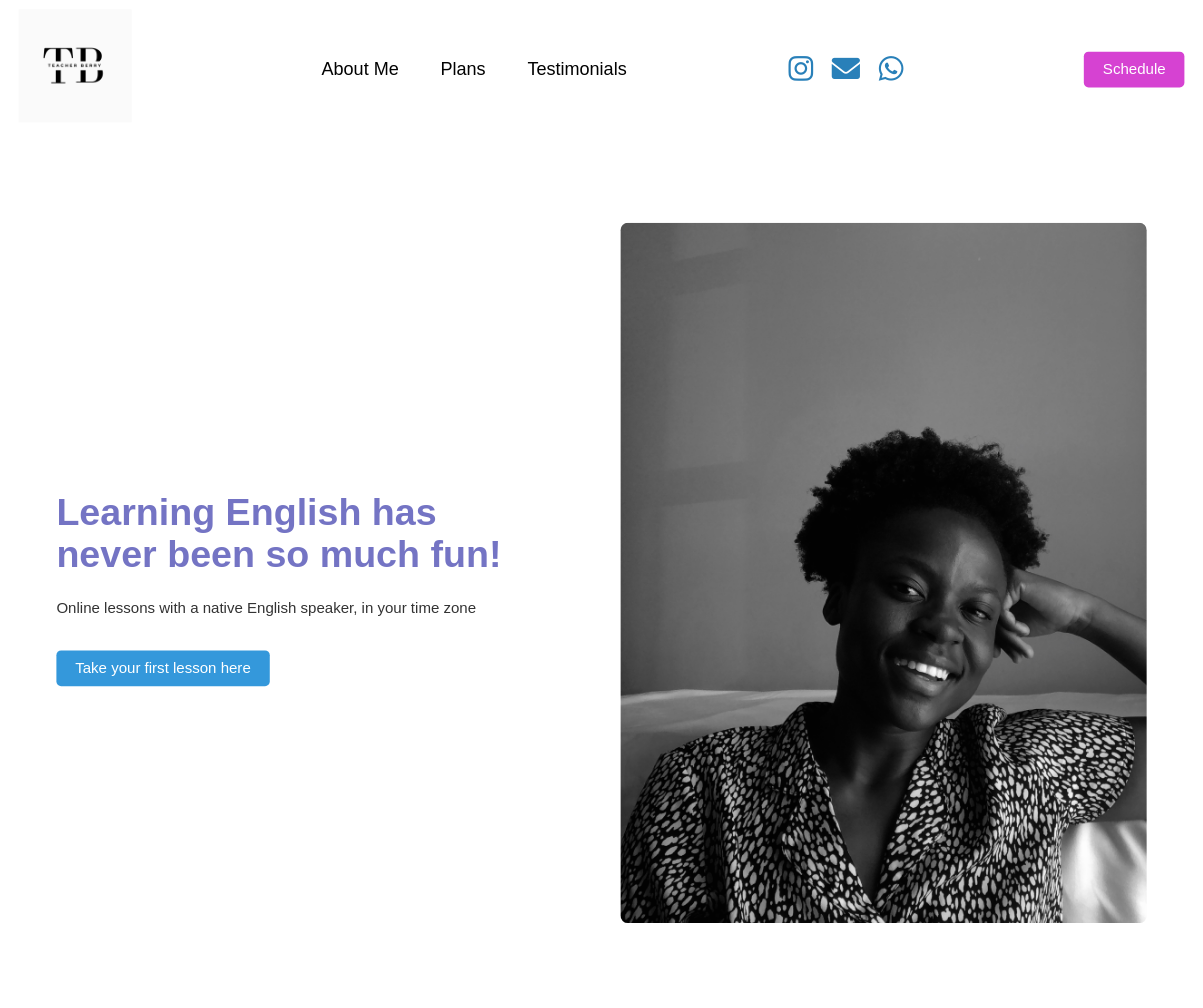
Repository: ntandomagana/esl-landing-page
Page: index.html
The author's editor kept a copy of each file at every save. The page is drawn from the files as they stood at one save, then again after the next save.
The browser window is 1280 px wide. The pictures show the whole page, at 94% of full size.

Above is the page before, as saved 2024-07-17 10:26:11.

### index.html
<!DOCTYPE html>
<html lang="en">
<head>
    <meta charset="UTF-8">
    <meta name="viewport" content="width=device-width, initial-scale=1.0">
    <link rel="stylesheet" href="https://cdnjs.cloudflare.com/ajax/libs/font-awesome/6.0.0-beta3/css/all.min.css">

    <title>Berry's English</title>
    <link rel="stylesheet" href="index.css">
</head>
<body>
    <!-- Header Section -->
    <header>
        <div class="header-container">
            <div class="logo">
                <img src="./assets/teacher Berry.png" alt="Teaacher Berry Logo">
            </div>
            <nav>
                <ul>
                    <li><a href="#about">About Me</a></li>
                    <li><a href="#services">Plans</a></li>
                    <li><a href="#testimonials">Testimonials</a></li>

                </ul>
            </nav>
            <div class="social-links">
                <a href="#" class="social-link"><i class="fab fa-instagram"></i></a>
                <a href="mailto:berry@example.com" class="social-link"><i class="fas fa-envelope"></i></a>
                <a href="https://wa.me/1234567890" class="social-link"><i class="fab fa-whatsapp"></i></a>
            </div>
            <a href="#contact" class="schedule-button">Schedule</a>
        </div>
    </header>

    <!-- Left and right division -->
     <section class="content-section">
        <div class="content-wrapper">
            <div class="left-content">
                <h2>Learning English has <br />
                    never been so much fun!</h2>
                <p>Online lessons with a native English speaker, in your time zone</p>
                <a href="#contact" class="action-button">Take your first lesson here</a>
            </div>

            <div class="right-content">
                <img src="./assets/bwpp.jpg" alt="Teacher Berry's Image">

            </div>
        </div>

     </section>
    </footer>
</body>
</html>

### index.css
/* styles.css */

body {
    font-family: Arial, Helvetica, sans-serif;
    margin: 0;
    padding: 0;
}

.header-container {
    display: flex;
    justify-content: space-between;
    align-items: center;
    padding: 10px 20px;
    background-color: white;

}

.logo {
    font-size: 1.8rem;
    font-weight: bold;
    text-transform: uppercase;
    color: black;
}

.logo img {
    height: 120px;
}

nav {
    margin-left: 20px; /* Add margin to the left of the entire nav element */
}

nav ul {
    list-style-type: none;
    padding: 0;
    margin: 0;
}

nav ul li {
    display: inline;
    margin: 20px; /* Adjust margin to add space between list items */
}

nav ul li:last-child {
    margin-right: 0;
}

nav ul li a {
    color: rgb(2, 2, 2);
    text-decoration: none;
    font-size: 1.2rem;
}

nav ul li a:hover {
    color: #d642d2;
    font-weight: bold;
}

.social-links {
    display: flex;
    align-items: center;
    margin-right: 20px;
}

.social-link {
    margin: 0 10px;
    display: inline-block;
    color: black;
    font-size: 30px;
}

.social-link i {
    color:#2980b9;
}

.social-link:hover i {
    color: #d642d2;
}

.schedule-button {
    padding: 10px 20px;
    background-color: #d642d2;
    color: #fff;
    text-decoration: none;
    border-radius: 5px;
    transition: background-color 0.3s ease;
}

.schedule-button:hover {
    background-color: #489fbc;
}

.content-section {
    padding: 50px 0;
    text-align: center;
}

.content-wrapper {
    display: flex;
    justify-content: space-around;
    align-items: stretch;
    max-width: 1200px;
    margin: 20px auto;
}

.left-content {
    flex: 1;
    padding: 20px;
    text-align: left;
    display: flex;
    flex-direction: column;
    justify-content: center;
    align-items: flex-start;
}


.left-content h2 {
    font-size: 2.5rem;
    color: rgb(116, 116, 196);
    margin-bottom: 10px;
    width: 100%;
}

.left-content p {
    font-size: 1rem;
    color: #333;
    width: 100%;
}

.right-content {
    flex: 1;
    padding: 20px;
    text-align: center;
    display: flex;
    justify-content: center;
    align-items: center;
}

.right-content img {
    max-width: 100%;
    height: auto;
    max-height: 800px; /* Example maximum height, adjust as needed */
    border-radius: 8px;
    /* Optional: Adds a subtle shadow */
}

.action-button {
    display: inline-block;
    padding: 10px 20px;
    background-color: #3498db;
    color: #fff;
    text-decoration: none;
    border-radius: 5px;
    transition: background-color 0.3s ease;
    margin-top: 20px; /* Add space above the button */
    position: relative;
     z-index: 1;
}

.action-button:hover {
    background-color: #2980b9;
}

After the next save:
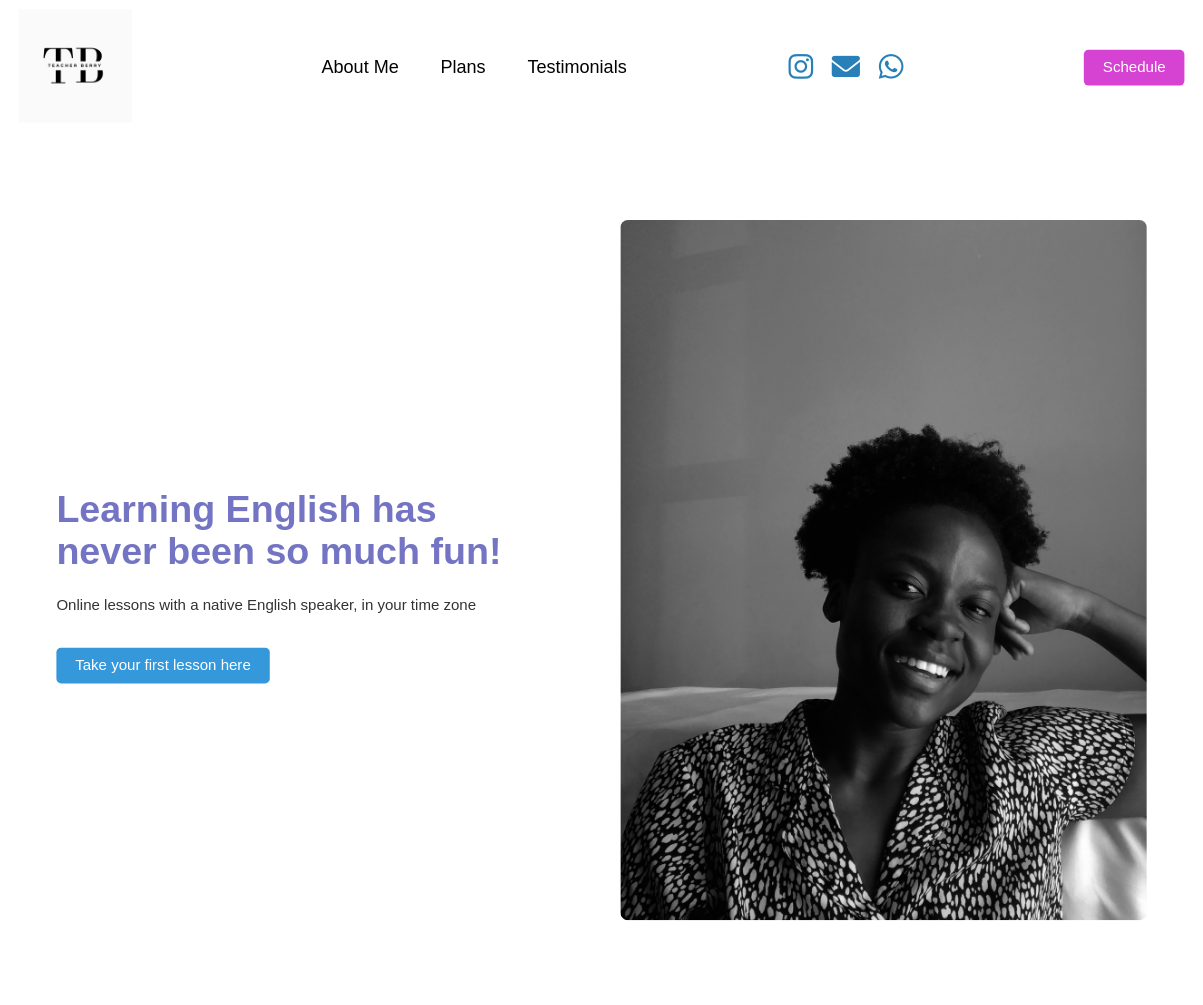
Saved 2 min 20 s later.
--- a/index.css
+++ b/index.css
@@ -15,12 +15,7 @@ body {
 
 }
 
-.logo {
-    font-size: 1.8rem;
-    font-weight: bold;
-    text-transform: uppercase;
-    color: black;
-}
+
 
 .logo img {
     height: 120px;
